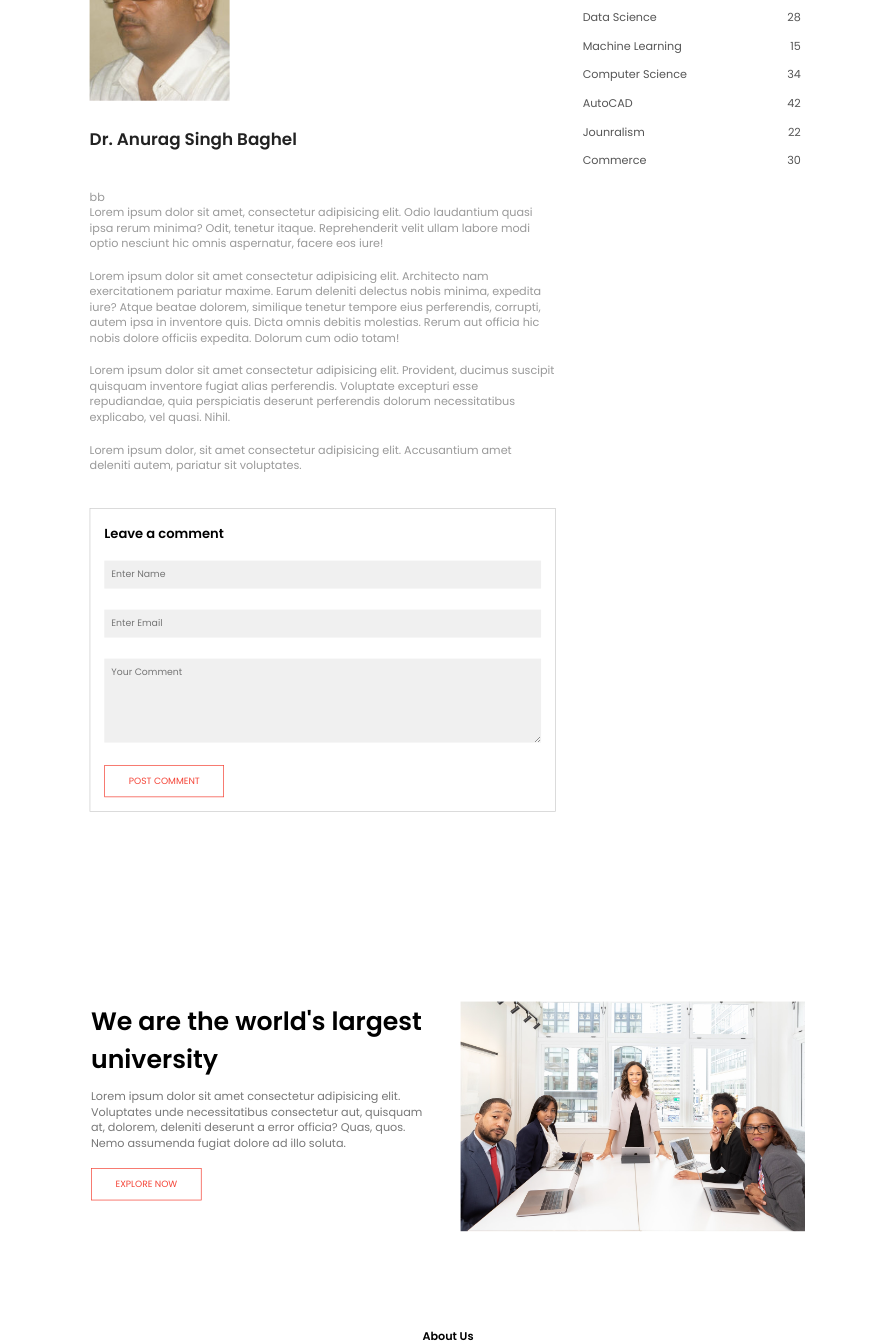
Repository: xoshiraghavx/Gbu-faculty
Page: 6th trail.html
The author's editor kept a copy of each file at every save. The page is drawn from the files as they stood at one save, then again after the next save.
The browser window is 1280 px wide. The pictures show the part of the page from y = 577 to 2497 px (the page is 2711 px tall before and 2664 px after), at 70% of full size.

Above is the page before, as saved 2023-08-12 02:02:39.

After the next save:
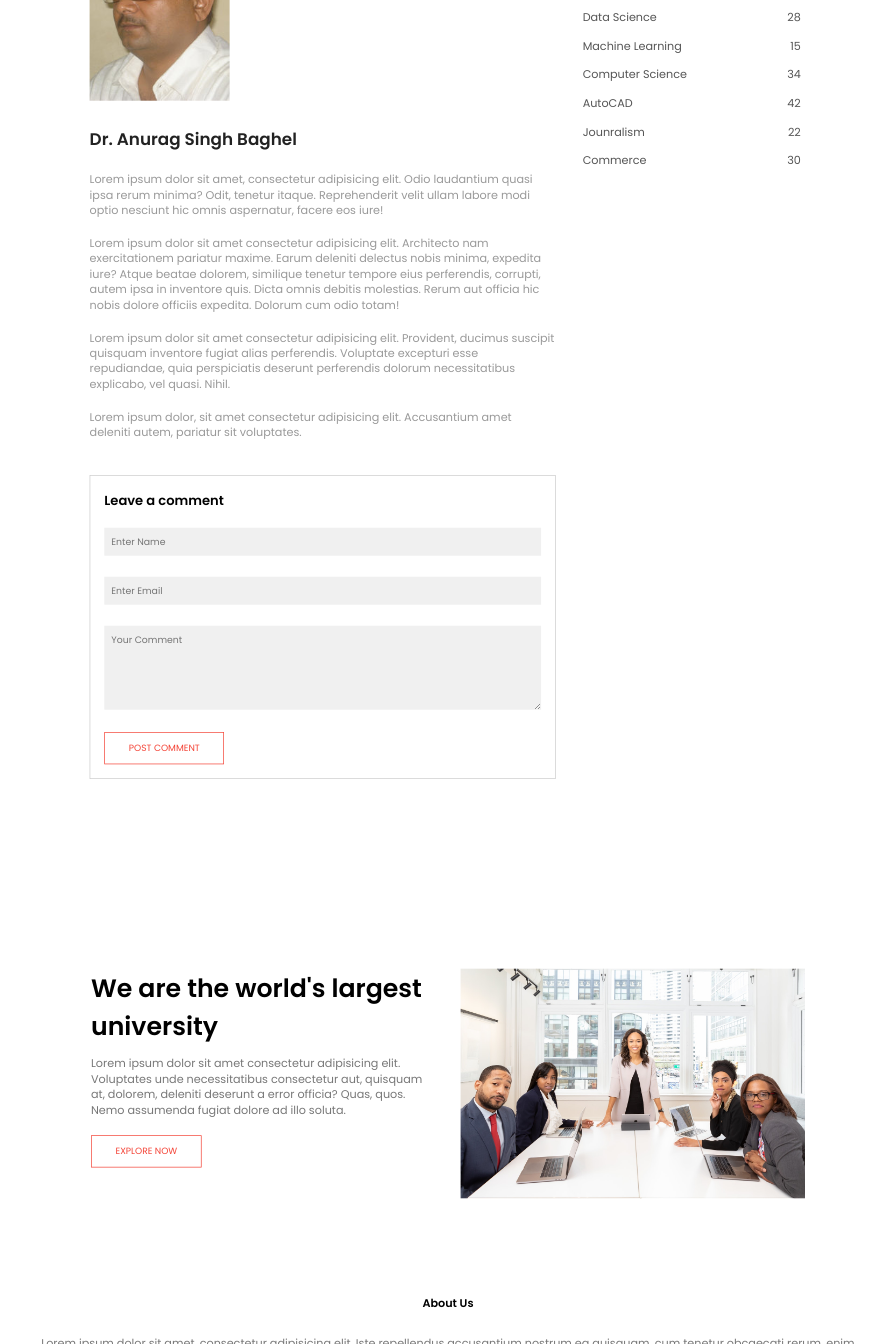
Saved 11 s later.
--- a/6th trail.html
+++ b/6th trail.html
@@ -31,7 +31,7 @@
         <div class="row">
             <div class="blog-left">
                 <img src="../img/asb.jpg" alt="">
-                <span><h2>Dr. Anurag Singh Baghel</h2><br><p>bb</p></span>
+                <h2>Dr. Anurag Singh Baghel</h2>
 
                 <p>Lorem ipsum dolor sit amet, consectetur adipisicing elit. Odio laudantium quasi ipsa rerum minima? Odit, tenetur itaque. Reprehenderit velit ullam labore modi optio nesciunt hic omnis aspernatur, facere eos iure!</p>
                 <br>
